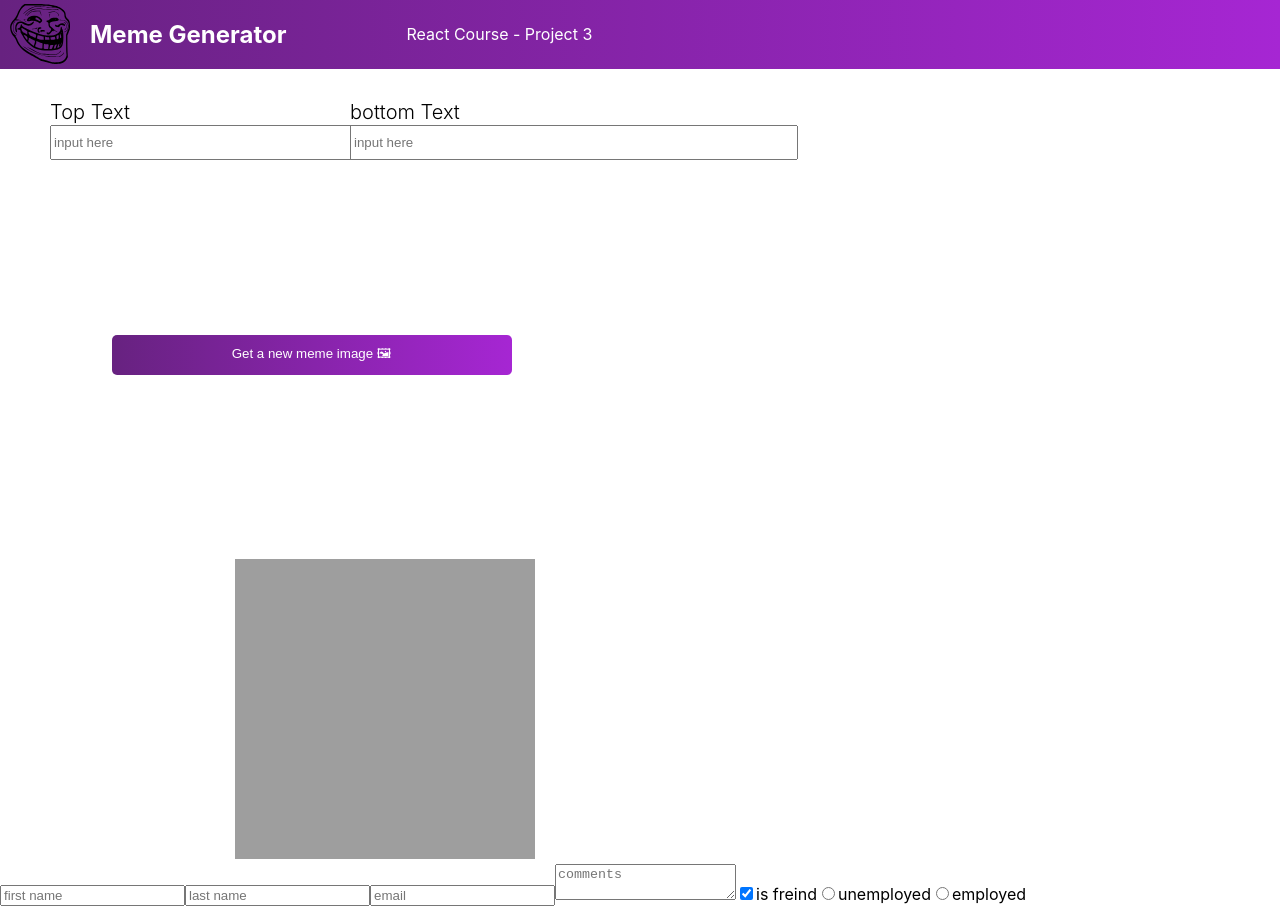
Repository: mortiestmorty1/meme-generator-react
Page: /
These files come from the project's save history. The page is drawn as it stood at one moment and after the next save; the edit follows.
The browser window is 1280 px wide. The pictures show the whole page.
Pictures or frames that could not be fetched are drawn as grey boxes. The project was rebuilt for these pictures with package versions that can differ from the ones it lists, and the page was loaded fresh each time. Also part of the build but not shown: src/components/box.js.

Above is the page before, as saved 2024-01-20 21:41:51.

### src/index.js
import React from 'react';
import ReactDOM from 'react-dom/client';
import './index.css';
import App from './App';
import reportWebVitals from './reportWebVitals';

const root = ReactDOM.createRoot(document.getElementById('root'));
root.render(
  <React.StrictMode>
    <App darkMode={false}/>
  </React.StrictMode>
);

// If you want to start measuring performance in your app, pass a function
// to log results (for example: reportWebVitals(console.log))
// or send to an analytics endpoint. Learn more: https://bit.ly/CRA-vitals
reportWebVitals();

### src/index.css
body {
  margin: 0;
  font-family: -apple-system, BlinkMacSystemFont, 'Segoe UI', 'Roboto', 'Oxygen',
    'Ubuntu', 'Cantarell', 'Fira Sans', 'Droid Sans', 'Helvetica Neue',
    sans-serif;
  -webkit-font-smoothing: antialiased;
  -moz-osx-font-smoothing: grayscale;
}

code {
  font-family: source-code-pro, Menlo, Monaco, Consolas, 'Courier New',
    monospace;
}
* {
  box-sizing: border-box;
  }

### src/App.js

import './App.css';
import React from "react";
import Navbar from "./components/Navbar";
import Inputs from "./components/inputs";
import { useState } from 'react';
import boxes from "./components/boxes";
import Box from "./components/box";

function App(props) {
 const [name , setname] = useState({
  firstname : "",
  lastname : "",
  email: "",
  comments: "",
  isfreind: true,
  employement: ""
})

function handleChange(event) {
  const {name , value , type , checked} = event.target
  setname(prevname => ({
    ...prevname,
    [name]: type === "checkbox" ? checked : value
  }));
}

  return (
    <div className="App">
      <Navbar />
      <Inputs />
      <form>
        <input
         type="text"
         placeholder="first name"
         onChange={handleChange}
          name="firstname"
          value={name.firstname}>
        </input>
      <input
      type="text"
      placeholder="last name"
      onChange={handleChange}
      name="lastname"
      value={name.lastname}>
      </input>
      <input
      type="email"
      placeholder="email"
      onChange={handleChange}
      name="email"
      value={name.email}>
      </input>
      <textarea
      value={name.comments}
      type="text"
      placeholder="comments"
      onChange={handleChange}
      name="comments">
      </textarea>
      <input
      type="checkbox"
       id='isfreind'
       checked={name.isfreind}
       onChange={handleChange}
       name="isfreind">
      </input>
      <label htmlFor="isfreind">is freind</label>
      <input
      type="radio"
      id='unemployed'
      name="employement"
      value="unemployed"
      onChange={handleChange}
      checked={name.employement === "unemployed"}
      />
      <label htmlFor="unemployed">unemployed</label>
      <input
      type="radio"
      id='employed'
      name="employement"
      value="employed"
      onChange={handleChange}
      checked={name.employement === "employed"}
      />
      <label htmlFor="employed">employed</label>
      </form>
    </div>
  );
}

export default App;

### src/App.css
.nav-container {
  display: flex;
  justify-content: space-between;
  align-items: center;
  background: linear-gradient(to right, #672280,#A626D3);
  }
  .image{
    width: 60px;
    height: 60px;
    margin-left: 10px;
  }
  .navbar{
    display: flex;
    justify-content: space-around;
    align-items: center;
    margin-right: 10px;
    color: white;
  }
  .navbar h1{
    margin-right: 20px;
    margin-left: 20px;
  }
  .info{
    margin-left: 100px;
  }
  .inputs-container{
    margin-left: 50px;
    margin-top: 20px;
    font-size: 20px;
    font-weight: 300;
  }
  .top{
    position: absolute;
    top: 100px;
  }
  .bottom{
    position: absolute;
    margin-left: 300px;
    top: 100px;
  }
  .topinput{
    position: absolute;
    top: 125px;
    height: 35px;
    width: 35%;
  }
  .bottominput{
    position: absolute;
    top: 125px;
    margin-left: 300px;
    height: 35px;
    width: 35%;
  }
  .generate{
    margin-left: 5%;
    margin-top: 20%;
    background: linear-gradient(to right, #672280,#A626D3);
    color: white;
    border: none;
    border-radius: 5px;
    width: 400px;
    height: 40px;
  }
  .memeimage{
    margin-left: 15%;
    margin-top: 15%;
    width: 300px;
    height: 300px;
  }
  .box{
    width: 100px;
    height: 100px;
    border: 1px solid black;
    display: inline-block;
    margin-right: 10px;
  }

### src/components/Navbar.js
import React from "react";
import Troll from "./Troll-Face.svg";
import "../App.css";
function Navbar(){
    return(
        <div className="nav-container">
            <nav className="navbar">
                <img src={Troll} className="image" alt="Troll Face" />
                <h1>Meme Generator</h1>
                <section className="info">
                    <p>React Course - Project 3</p>
                </section>
            </nav>
        </div>
    )
}

export default Navbar;

### src/components/inputs.js
import React from "react";
import "../App.css";
import Meme from "./meme.js";
import { useState } from "react";
function Inputs(){
    const [Allmemeimage , setAllmemeimage] = useState(Meme)
    const [newmeme , setNewmeme] = useState({
        topText:"",
        bottomText:"",
        memeimage:"https://png.pngtree.com/png-vector/20231222/ourlarge/pngtree-do-not-press-this-button-sign-vector-png-image_11376553.png"
    })
    function handleClick () {

        const memearray = Allmemeimage
        const random = Math.floor(Math.random() * memearray.length)
        const url = memearray[random].url
        setNewmeme(prevmeme =>({
            ...prevmeme,
            memeimage:url
        }))
    }
    return(
        <div className="inputs-container">
            <div className="inputs">
                <label className="top">Top Text</label>
                <input  className="topinput" type="text" placeholder="input here" />
                <label className="bottom">bottom Text</label>
                <input className="bottominput" type="text" placeholder="input here" />
                <button className="generate" onClick={handleClick}>Get a new meme image  🖼</button>
            </div>
            < img src={newmeme.memeimage} className="memeimage" alt="meme" />
        </div>
    )
}

export default Inputs;

### src/components/boxes.js
export default [
    {
        id:1,
        on : false
    }
    ,
    {
        id:2,
        on : true
    }
    ,
    {
        id:3,
        on : false
    }
    ,
    {
        id:4,
        on : true
    }
    ,
    {
        id:5,
        on : false
    }
    ,
    {
        id:6,
        on : true
    }
    ,
    {
        id:7,
        on : false
    }
    ,
    {
        id:8,
        on : true
    }
    ,
    {
        id:9,
        on : false
    }
    ,
    {
        id:10,
        on : true
    }
]

### src/components/meme.js

export default [
    {
        id: 1,
        name: "Drake",
        url: "https://i.imgflip.com/30b1gx.jpg",
        width: 1200,
        height: 1200
    },
    {
        id: 2,
        name: "Distracted Boyfriend",
        url: "https://i.imgflip.com/1ur9b0.jpg",
        width: 1200,
        height: 800
    },
    {
        id: 3,
        name: "Two Buttons",
        url: "https://i.imgflip.com/1g8my4.jpg",
        width: 600,
        height: 908
    },
    {
        id: 4,
        name: "Mocking Spongebob",
        url: "https://i.imgflip.com/1otk96.jpg",
        width: 502,
        height: 353
    },
    {
        id: 5,
        name: "Expanding Brain",
        url: "https://i.imgflip.com/1jwhww.jpg",
        width: 857,
        height: 1202
    },
    {
        id: 6,
        name: "Roll Safe Think About It",
        url: "https://i.imgflip.com/1h7in3.jpg",
        width: 600,
        height: 600
    },
    {
        id: 7,
        name: "Change My Mind",
        url: "https://i.imgflip.com/24y43o.jpg",
        width: 482,
        height: 361
    },
    {
        id: 8,
        name: "Is This A Pigeon",
        url: "https://i.imgflip.com/1o00in.jpg",
        width: 857,
        height: 1202
    },
    {
        id: 9,
        name: "Batman Slapping Robin",
        url: "https://i.imgflip.com/9ehk.jpg",
        width: 400,
        height: 387
    },
   {
        id: 10,
        name: "One Does Not Simply",
        url: "https://i.imgflip.com/1bij.jpg",
        width: 568,
        height: 335
    },
    {
        id: 11,
        name: "Philosoraptor",
        url: "https://i.imgflip.com/1bgs.jpg",
        width: 400,
        height: 400
    },
    {
        id: 12,
        name: "Waiting Skeleton",
        url: "https://i.imgflip.com/2fm6x.jpg",
        width: 500,
        height: 500
    },
    {
        id: 13,
        name: "X, X Everywhere",
        url: "https://i.imgflip.com/1ihzfe.jpg",
        width: 500,
        height: 610
    },
    {
        id: 14,
        name: "Futurama Fry",
        url: "https://i.imgflip.com/1bgw.jpg",
        width: 553,
        height: 439
    },
    {
        id: 15,
        name: "Ancient Aliens",
        url: "https://i.imgflip.com/26am.jpg",
        width: 500,
        height: 437
    },
    {
        id: 16,
        name: "That Would Be Great",
        url: "https://i.imgflip.com/1bh8.jpg",
        width: 500,
        height: 500
    },
    {
        id: 17,
        name: "Unsettled Tom",
        url: "https://i.imgflip.com/2wifvo.jpg",
        "width": 500,
        "height": 654
    },
    {
        id : 18,
        name: "Boardroom Meeting Suggestion",
        url: "https://i.imgflip.com/m78d.jpg",
        width: 625,
        height: 415
    },
]

Loaded but not shown: public/index.html (common file); src/reportWebVitals.js (common file)

After the next save:
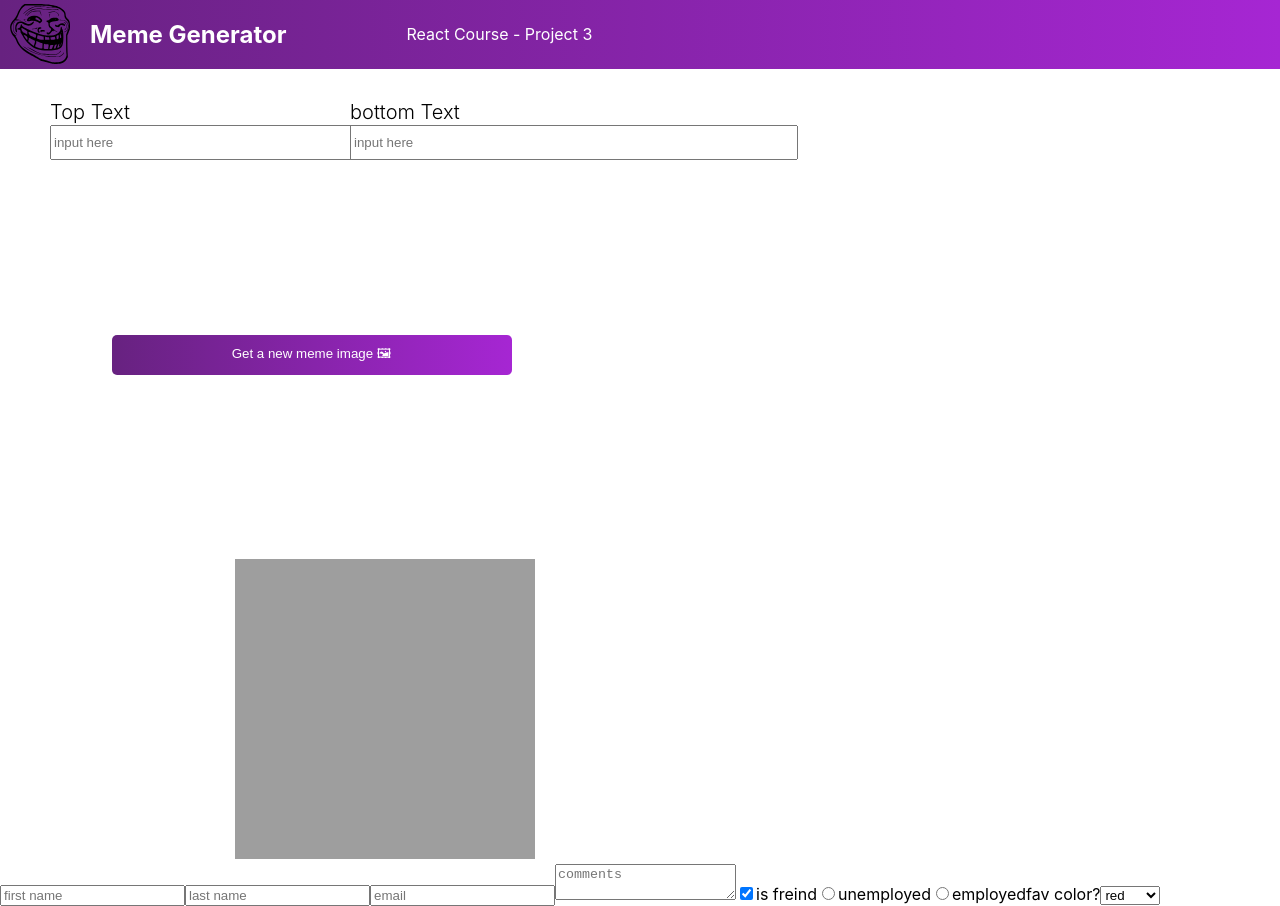
Saved 2 min 18 s later.
--- a/src/App.js
+++ b/src/App.js
@@ -84,6 +84,13 @@ function handleChange(event) {
       checked={name.employement === "employed"}
       />
       <label htmlFor="employed">employed</label>
+      <label htmlFor='favcolor'>fav color?</label>
+      <select id="favcolor">
+        <option value="red">red</option>
+        <option value="blue">blue</option>
+        <option value="green">green</option>
+        <option value="yellow">yellow</option>
+      </select>
       </form>
     </div>
   );
